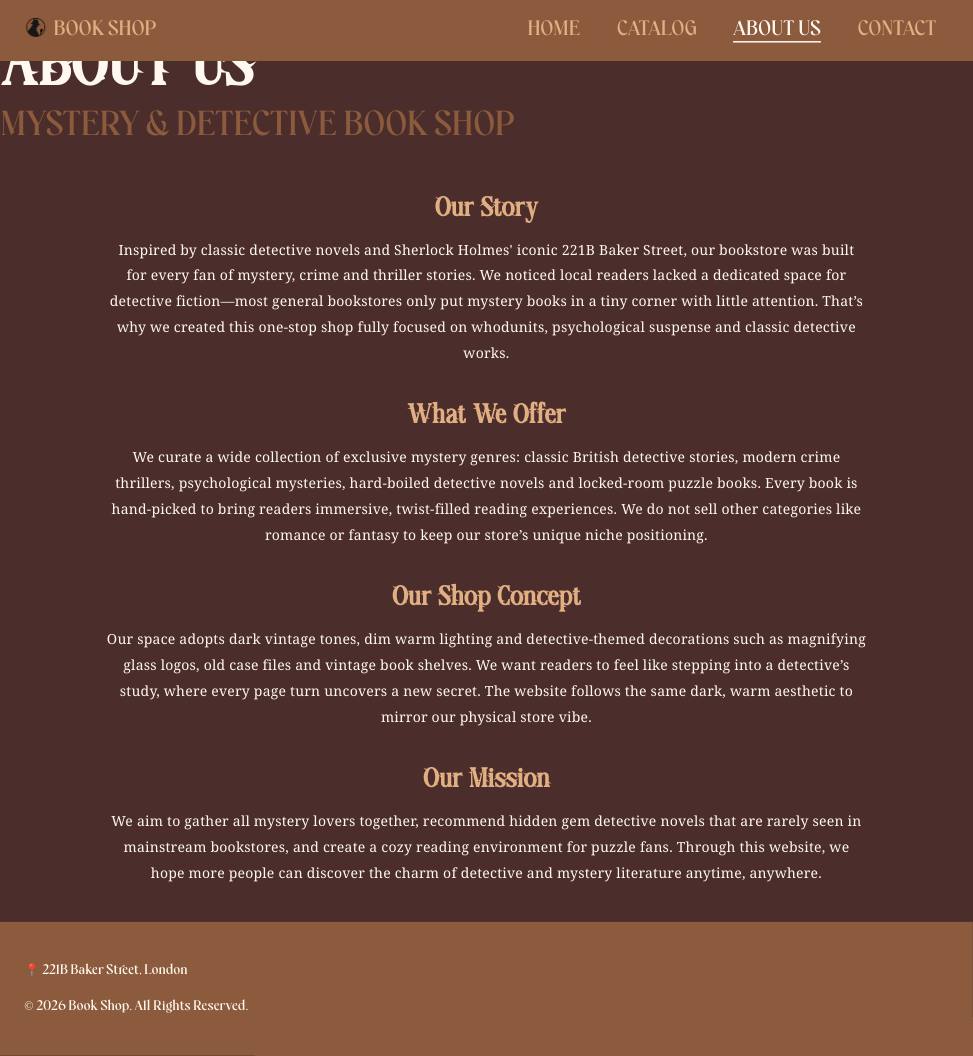
Repository: Nicholas0103/Book_Shop
Page: html/about.html
The author's editor kept a copy of each file at every save. The page is drawn from the files as they stood at one save, then again after a run of saves.
The browser window is 1280 px wide. The pictures show the whole page, at 76% of full size.

Above is the page before, as saved 2026-07-26 17:40:23.
Console error: TypeError: Cannot read properties of null (reading 'addEventListener')

### html/about.html

<!DOCTYPE html>
<html lang="en">

<head>
    <meta charset="UTF-8">
    <meta name="viewport" content="width=device-width, initial-scale=1.0">
    <title>Mystery Bookstore</title>
    <link rel="stylesheet" href="/css/style.css">
</head>

<body>

    <header>
        <div class="logo">
            <img src="/assets/images/logo.png" class="logo-img" alt="logo">
            <p>Book Shop</p>
        </div>
        <nav>
            <ul class="top-bar">
                <li><a href="index.html">Home</a></li>
                <li><a href="#features">Catalog</a></li>
                <li><a href="#about" class="active">About Us</a></li>
                <li><a href="#contact">Contact</a></li>
            </ul>
        </nav>
    </header>

    <main>
        <section id="about" class="about-section">
            <h2 class="section-title reveal">About Us</h2>
            <p class="section-subtitle reveal">Mystery & Detective Book Shop</p>
            <div class="about-container">
                <div class="about-block reveal">
                    <h3>Our Story</h3>
                    <p>Inspired by classic detective novels and Sherlock Holmes' iconic 221B Baker Street, our bookstore was built for every fan of mystery, crime and thriller stories. We noticed local readers lacked a dedicated space for detective fiction—most general bookstores only put mystery books in a tiny corner with little attention. That’s why we created this one-stop shop fully focused on whodunits, psychological suspense and classic detective works.</p>
                </div>
                <div class="about-block reveal">
                    <h3>What We Offer</h3>
                    <p>We curate a wide collection of exclusive mystery genres: classic British detective stories, modern crime thrillers, psychological mysteries, hard-boiled detective novels and locked-room puzzle books. Every book is hand-picked to bring readers immersive, twist-filled reading experiences. We do not sell other categories like romance or fantasy to keep our store’s unique niche positioning.</p>
                </div>
                <div class="about-block reveal">
                    <h3>Our Shop Concept</h3>
                    <p>Our space adopts dark vintage tones, dim warm lighting and detective-themed decorations such as magnifying glass logos, old case files and vintage book shelves. We want readers to feel like stepping into a detective’s study, where every page turn uncovers a new secret. The website follows the same dark, warm aesthetic to mirror our physical store vibe.</p>
                </div>
                <div class="about-block reveal">
                    <h3>Our Mission</h3>
                    <p>We aim to gather all mystery lovers together, recommend hidden gem detective novels that are rarely seen in mainstream bookstores, and create a cozy reading environment for puzzle fans. Through this website, we hope more people can discover the charm of detective and mystery literature anytime, anywhere.</p>
                </div>
            </div>
        </section>
    </main>

    <footer>
        <div class="footer-info">
            <p>📍 221B Baker Street, London</p>
            <p>&copy; 2026 Book Shop. All Rights Reserved.</p>
        </div>
    </footer>

    <script src="/js/script.js"></script>
</body>

</html>

### css/style.css
/* ========================================
1. COLOR
======================================== */

:root {
    --bg-color: #4B2E2B;
    --logo-color: #000000;
    --text-color: #e1af82;
    --hover-color: #FFF8F0;
    --border-color: #4B2E2B;
    --accent-color: #8C5A3C;

    --border-color: rgb(75, 46, 43);
}

/* ========================================
2. FONTS
======================================== */

@font-face {
    font-family: 'Hexen';
    src: url('/assets/fonts/Hexen.otf') format('opentype');
}

@font-face {
    font-family: 'Sins';
    src: url('/assets/fonts/Sins.otf') format('opentype');
}

@font-face {
    font-family: 'Kait';
    src: url('/assets/fonts/Kait.otf') format('opentype');
}

@font-face {
    font-family: 'Aulieny';
    src: url('/assets/fonts/Aulieny.otf') format('opentype');
}

/* ========================================
3. BASE STYLES
======================================== */

* {
    margin: 0;
    padding: 0;
    box-sizing: border-box;
    scroll-behavior: smooth;
}

body {
    margin: 0;
    padding: 0;
    background-color: var(--bg-color);
}

/* ========================================
4. HEADER
======================================== */

header {
    top: 0;
    left: 0;
    display: flex;
    align-items: center;
    justify-content: space-between;
    padding: 1rem 2rem;
    background-color: var(--accent-color);
    font-size: 1.5rem;
    position: relative;
    position: fixed;
    width: 100%;
    z-index: 1000;
}

.logo {
    display: flex;
    color: var(--text-color);
    font-family: Aulieny;
    text-transform: uppercase;
    gap: 0.5rem;
    align-items: center;
}

.logo-img {
    margin-bottom: 0.5rem;
    width: 30px;
}

.top-bar {
    display: flex;
    list-style: none;
    gap: 3rem;
    margin-right: 1rem;
}

.top-bar a {
    text-decoration: none;
    color: var(--text-color);
    text-transform: uppercase;
    font-family: Aulieny;
    transition: color 0.3s ease;
}

.top-bar a:hover {
    color: var(--hover-color);
}

/* ========================================
5. HOME SECTION
======================================== */

.home-section {
    min-height: 100vh;
    padding-top: 50vh;
    display: flex;
    align-items: center;
    padding: 80px 4rem 0 4rem;
    border-bottom: 2px dashed var(--accent-color);
    background: linear-gradient(rgba(75, 46, 43, 0.4), rgba(75, 46, 43, 0.4)), url('/assets/images/background-2.png');
    background-size: cover;
    background-repeat: no-repeat;
}

.hero-container {
    width: 100%;
    max-width: 1600px;
    margin: 0 auto;
    display: grid;
    grid-template-columns: 1fr 1fr;
    gap: 9rem;
    align-items: center;
}

.hero-text h1 {
    font-size: 8rem;
    line-height: 0.82;
    color: #fff8f0;
    margin: 0;
    font-family: Sins;
    letter-spacing: 2px;

}
.hero-text p {
    font-size: 2.2rem;
    color: #b88b68;
    margin: 1.2rem 0 3.5rem;
    letter-spacing: 2px;
}
.explore-btn {
    background: var(--accent-color);
    color: var(--hover-color);
    padding: 1rem 4rem 0.5rem 4rem;
    border-radius: 99px;
    font-size: 1.8rem;
    text-decoration: none;
    transition: 0.3s ease;
    display: inline-block;
    font-family: Aulieny;
}
.explore-btn:hover {
    background: #996b4b;
    transform: translateY(-4px);
}

.hero-books {
    position: relative;
    height: 400px;
    left: 2rem;
    margin-top: -4rem;
}
.book {
    width: 220px;
    height: 330px;
    object-fit: cover;
    border-radius: 6px;
    box-shadow: 0 8px 22px rgba(0,0,0,0.45);
    position: absolute;
    transition: all 0.3s ease;
}
.book1 {
    top: 0;
    left: 30px;
    transform: rotate(-6deg);
    z-index: 3;
}
.book2 {
    top: 80px;
    left: 130px;
    transform: rotate(4deg);
    z-index: 2;
}
.book3 {
    top: 140px;
    left: 60px;
    transform: rotate(-2deg);
    z-index: 1;
}
.book:hover {
    transform: rotate(0deg) translateY(-12px);
    z-index: 10;
}


/* ========================================
6. MAIN SECTION
======================================== */

.features-section {
    padding: 1rem 1rem 5rem 1rem;
    text-align: center;
    border-bottom: 2px dashed var(--accent-color);
}

.section-title {
    font-family: Sins;
    font-size: 5rem;
    letter-spacing: 1px;
    color: var(--hover-color);
    margin-bottom: -0.5rem;
    text-transform: uppercase;
    margin-top: 3rem;
}

.section-subtitle {
    font-family: Aulieny;
    font-size: 2.5rem;
    color: var(--accent-color);
    margin-bottom: 3rem;
    text-transform: uppercase;
}

/* ========================================
5. FEATURES SECTION
======================================== */

.slider-wrapper {
    display: flex;
    align-items: center;
    justify-content: space-between;
    position: relative;
    margin: 0 auto;
}

.slider-track {
    flex: 0 0 calc(90% - 15px);
    display: flex;
    overflow: hidden;
    scroll-behavior: smooth;
    gap: 2rem;
    overflow-x: auto;

    padding-left: 2rem;
    padding-right: 2rem;
    box-sizing: border-box;
    -webkit-mask-image: linear-gradient(
        to right,
        transparent 0%,
        black 8%,
        black 92%,
        transparent 100%
    );
    mask-image: linear-gradient(
        to right,
        transparent 0%,
        black 8%,
        black 92%,
        transparent 100%
    );
}

.slider-track::-webkit-scrollbar {
    display: none;
}

.button-area {
    display: flex;
    width: 5%;
    justify-content: center;
    align-items: center;
}

.arrow-btn {
    background-color: #FFFDF8;
    color: #5A3500;
    border: none;
    width: 40px;
    height: 40px;
    border-radius: 50%;
    cursor: pointer;
    font-size: 1.1rem;
    display: flex;
    align-items: center;
    justify-content: center;
    z-index: 10;
    transition: background-color 0.2s;
}

.arrow-btn:hover {
    background-color: #D4AF37;
}

.book-card {
    display: flex;
    flex-direction: column;
    align-items: center;
}

.book-cover-link {
    display: block;
    width: 12rem;
    height: 20rem;
    margin-bottom: 15px;
    border-radius: 12px;
    overflow: hidden;
    border: 1px solid var(--hover-color);
    background-color: var(--accent-color);
}

.book-cover:hover {
    transform: scale(1.03);
    opacity: 1.0;
}

.book-cover {
    width: 100%;
    height: 100%;
    opacity: 0.8;
    object-fit: cover;
    display: block;
    transition: all 0.3s ease;
}

.buy-btn {
    background-color: #FFFDF8;
    color: #5A3500;
    border: none;
    padding: 0.3rem 3rem 0.1rem 3rem;
    border-radius: 20px;
    font-family: Aulieny;
    font-size: 0.95rem;
    cursor: pointer;
    transition: transform 0.2s, background-color 0.2s;
    margin-top: 1rem;
}

.buy-btn:hover {
    background-color: var(--accent-color);
    color: var(--hover-color);
    transform: translateY(-2px);
}


@media (max-width: 768px) {
    .book-card {
        flex: 0 0 calc(50% - 10px); /* 2 cards visible on mobile screens */
    }
}

/* ========================================
6. FOOTER
======================================== */

footer {
    background-color: var(--accent-color);
    padding: 3rem 2rem;
}

footer p {
    font-family: aulieny;
    font-size: 1rem;
    color: var(--hover-color);
    margin-bottom: 1rem;
}

footer p:last-child {
    margin-bottom: 0;
}

/* ========================================
7. ABOUT PAGE
======================================== */
.features-section {
    padding: 1rem 1rem 5rem 1rem;
    text-align: center;
    border-bottom: 2px dashed var(--accent-color);
}
.about-block {
    margin: 3rem auto;
    max-width: 1000px;
    text-align: center;
}
.about-block h3 {
    font-family: Sins;
    font-size: 2.2rem;
    margin-bottom: 1rem;
    color: var(--text-color);
    text-align: center;
}
.about-block p {
    font-size: 1.15rem;
    line-height: 1.85;
    color: var(--hover-color);
    font-family: Georgia, "Times New Roman", serif;
    letter-spacing: 0.3px;
}
.about-container {
    max-width: 1100px;
    margin: 0 auto;
    padding: 0 1rem;
}

/* Scroll Reveal Fade In Animation */
.reveal {
    opacity: 0;
    transform: translateY(40px);
    transition: all 0.8s ease-out;
}
.reveal.active {
    opacity: 1;
    transform: translateY(0);
}
.top-bar a.active {
    color: var(--hover-color);
    text-decoration: underline;
    text-decoration-color: var(--hover-color);
    text-decoration-thickness: 2px;
    text-underline-offset: 0.5rem;
}

### js/script.js
function revealAnimation() {
    const reveals = document.querySelectorAll('.reveal');
    const windowHeight = window.innerHeight;
    const revealPoint = 150;

    reveals.forEach(item => {
        const itemTop = item.getBoundingClientRect().top;
        if (itemTop < windowHeight - revealPoint) {
            item.classList.add('active');
        }
    });
}

function navScrollSpy() {
    const sections = document.querySelectorAll('section[id]');
    const navLinks = document.querySelectorAll('.top-bar a');
    const headerOffset = 120;

    let currentSection = "";
    sections.forEach(section => {
        const sectionTop = section.offsetTop - headerOffset;
        const sectionHeight = section.offsetHeight;
        if (window.scrollY >= sectionTop && window.scrollY < sectionTop + sectionHeight) {
            currentSection = section.getAttribute('id');
        }
    });

    navLinks.forEach(link => {
        link.classList.remove('active');
        if (link.getAttribute('href') === `#${currentSection}`) {
            link.classList.add('active');
        }
    });
}

window.addEventListener('scroll', () => {
    revealAnimation();
    navScrollSpy();
});
window.addEventListener('load', () => {
    revealAnimation();
    navScrollSpy();
});

document.addEventListener("DOMContentLoaded", () => {
    const sliderTrack = document.getElementById("sliderTrack");
    const prevBtn = document.getElementById("prevBtn");
    const nextBtn = document.getElementById("nextBtn");

    const scrollAmount = 200;

    nextBtn.addEventListener("click", () => {
        sliderTrack.scrollBy({
            left: scrollAmount,
            behavior: "smooth"
        });
    });

    prevBtn.addEventListener("click", () => {
        sliderTrack.scrollBy({
            left: -scrollAmount,
            behavior: "smooth"
        });
    });
});

After the next 2 saves:
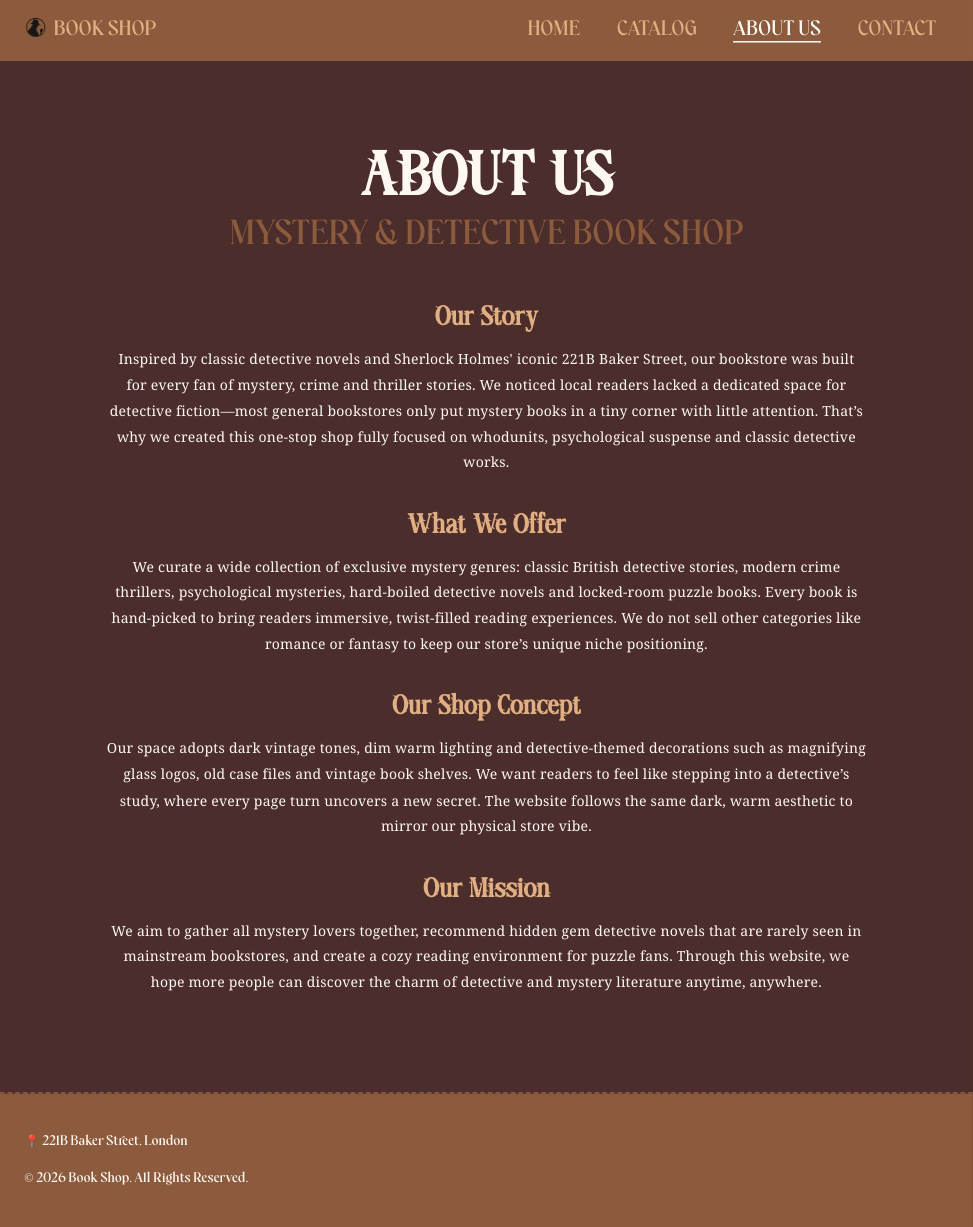
The 2 saves are shown as one change because they came seconds apart.
The last was saved 7 s later.
--- a/css/style.css
+++ b/css/style.css
@@ -380,8 +380,9 @@
 /* ========================================
 7. ABOUT PAGE
 ======================================== */
-.features-section {
-    padding: 1rem 1rem 5rem 1rem;
+
+.about-section {
+    padding: 9rem 1rem 5rem 1rem;
     text-align: center;
     border-bottom: 2px dashed var(--accent-color);
 }
